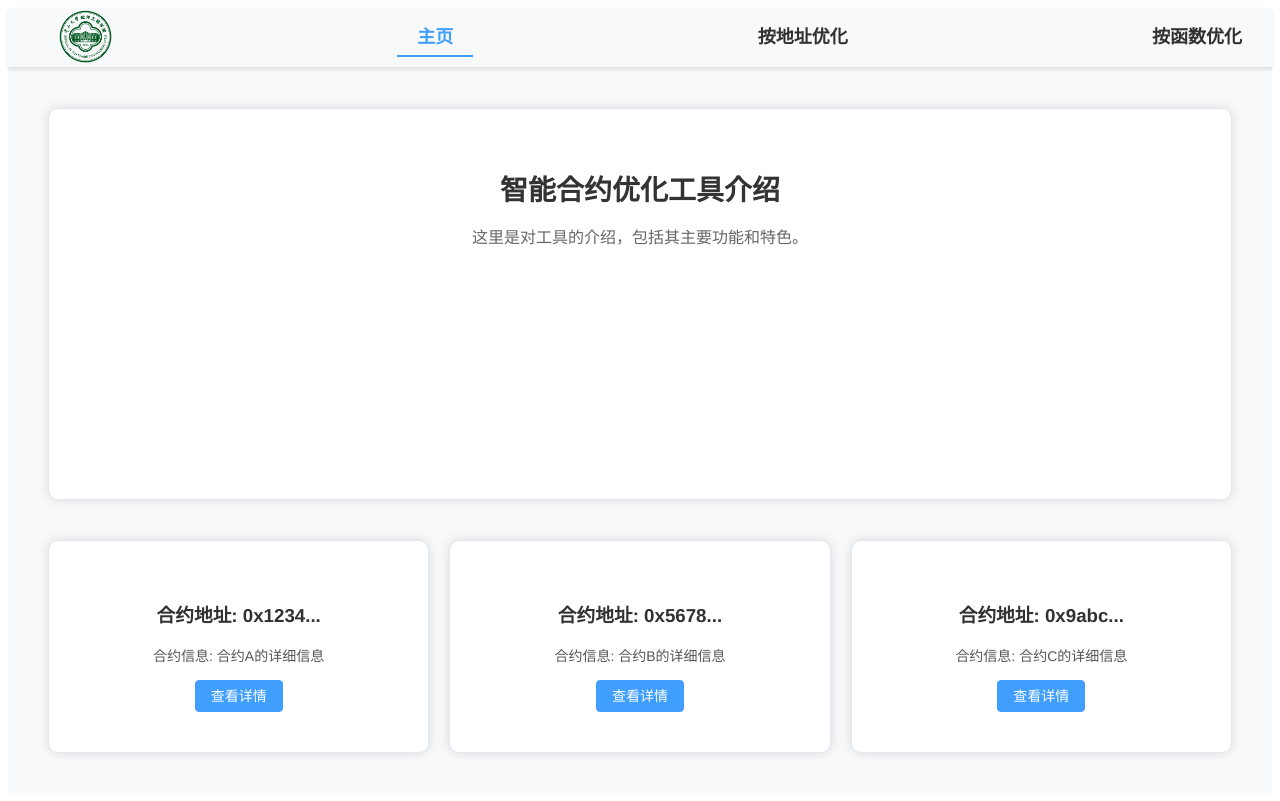
Repository: syckcoding/SmartHalo
Page: /
The author's editor kept a copy of each file at every save. The page is drawn from the files as they stood at one save, then again after a run of saves.
The browser window is 1280 px wide. The pictures show the whole page.
The project was rebuilt for these pictures with package versions that can differ from the ones it lists, and the page was loaded fresh each time. Also part of the build but not shown: vite.config.js, src/views/Detail.vue.

Above is the page before, as saved 2024-10-05 11:11:31.

After the next 3 saves:
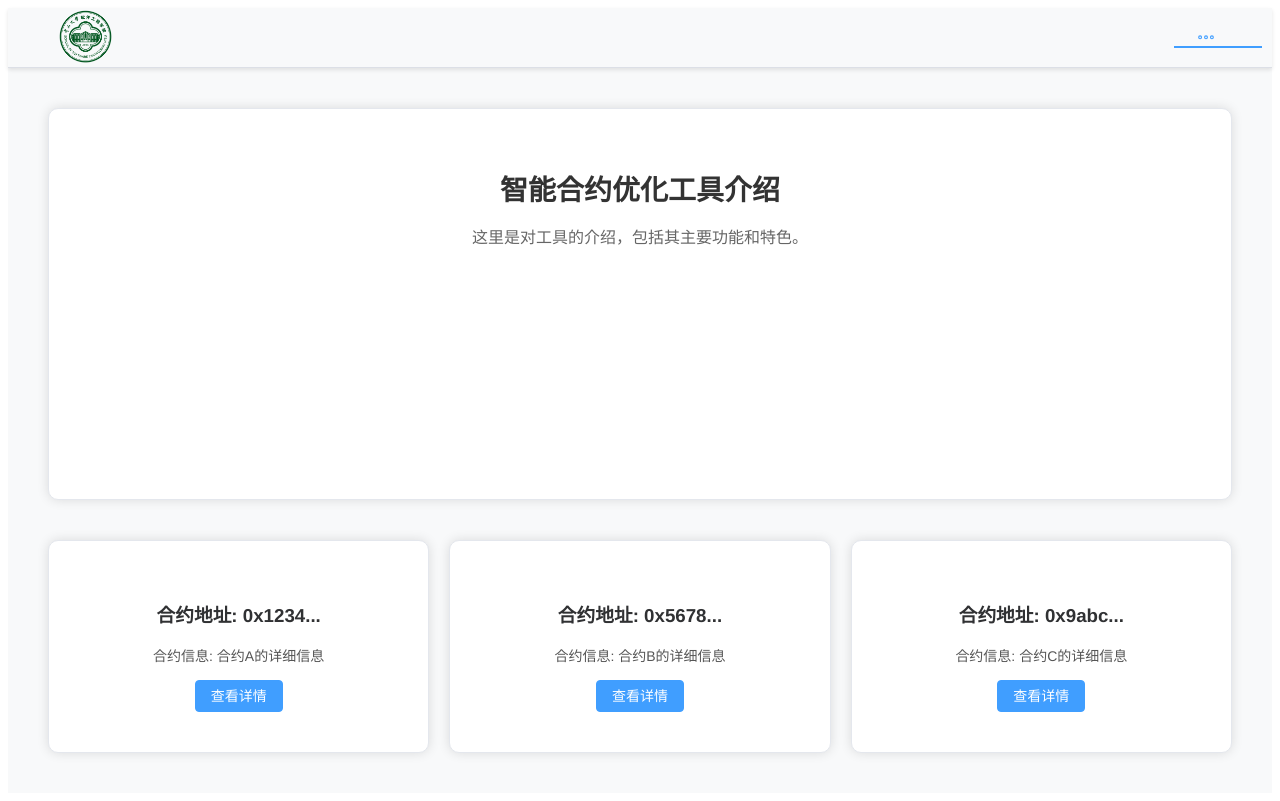
The 3 saves are shown as one change because 2 did not build or start.
The last was saved 80 s later.
--- a/src/components/Navbar.vue
+++ b/src/components/Navbar.vue
@@ -3,9 +3,11 @@
     <el-menu-item index="0" class="logo-item">
       <img src="@/assets/intro-image.png" alt="工具LOGO" class="intro-logo" />
     </el-menu-item>
-    <el-menu-item index="1" @click="goToHome" class="menu-item">主页</el-menu-item>
-    <el-menu-item index="2" @click="goToAddressOptimization" class="menu-item">按地址优化</el-menu-item>
-    <el-menu-item index="3" @click="goToFunctionOptimization" class="menu-item">按函数优化</el-menu-item>
+    <div class="menu-right">
+      <el-menu-item index="1" @click="goToHome" class="menu-item">主页</el-menu-item>
+      <el-menu-item index="2" @click="goToAddressOptimization" class="menu-item">按地址优化</el-menu-item>
+      <el-menu-item index="3" @click="goToFunctionOptimization" class="menu-item">按函数优化</el-menu-item>
+    </div>
   </el-menu>
 </template>
 

After the 4 saves that followed:
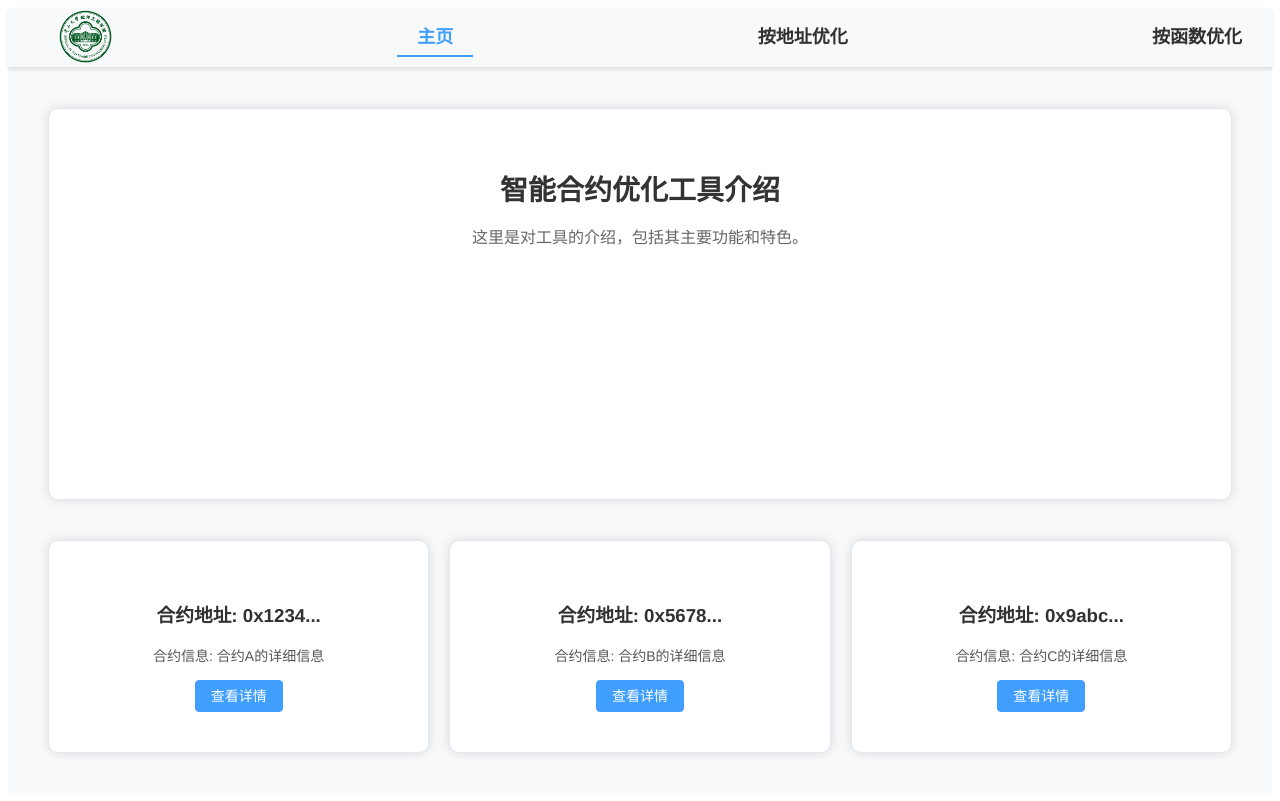
The 4 saves are shown as one change because 1 did not build or start and 2 left the picture as it was.
The last was saved 3 min 25 s later.
--- a/src/components/Navbar.vue
+++ b/src/components/Navbar.vue
@@ -3,11 +3,10 @@
     <el-menu-item index="0" class="logo-item">
       <img src="@/assets/intro-image.png" alt="工具LOGO" class="intro-logo" />
     </el-menu-item>
-    <div class="menu-right">
-      <el-menu-item index="1" @click="goToHome" class="menu-item">主页</el-menu-item>
-      <el-menu-item index="2" @click="goToAddressOptimization" class="menu-item">按地址优化</el-menu-item>
-      <el-menu-item index="3" @click="goToFunctionOptimization" class="menu-item">按函数优化</el-menu-item>
-    </div>
+
+    <el-menu-item index="1" @click="goToHome" class="menu-item">主页</el-menu-item>
+    <el-menu-item index="2" @click="goToAddressOptimization" class="menu-item">按地址优化</el-menu-item>
+    <el-menu-item index="3" @click="goToFunctionOptimization" class="menu-item">按函数优化</el-menu-item>
   </el-menu>
 </template>
 
